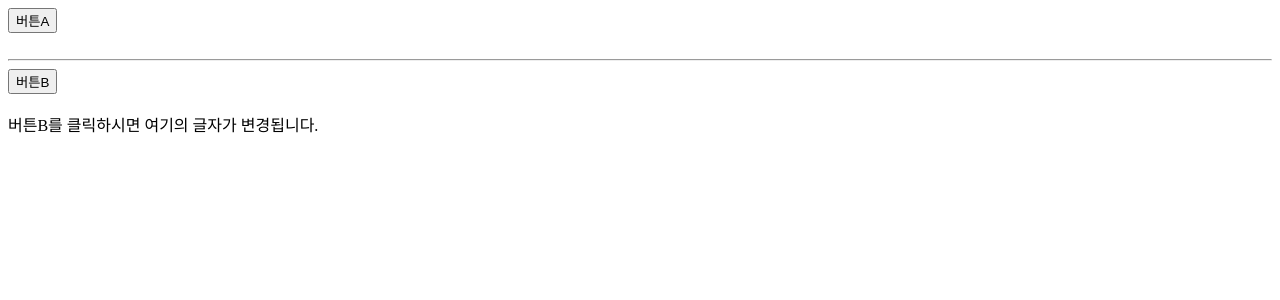
Repository: l3asic/TeamC
Page: 09.jQuery/WebContent/jq03.html
These files come from the project's save history. The page is drawn as it stood at one moment and after the next save; the edit follows.
The browser window is 1280 px wide. The pictures show the whole page.
After loading, the first visible `#btn1` was clicked once.

Above is the page before, as saved 2021-12-08 06:39:53.

After the next save:
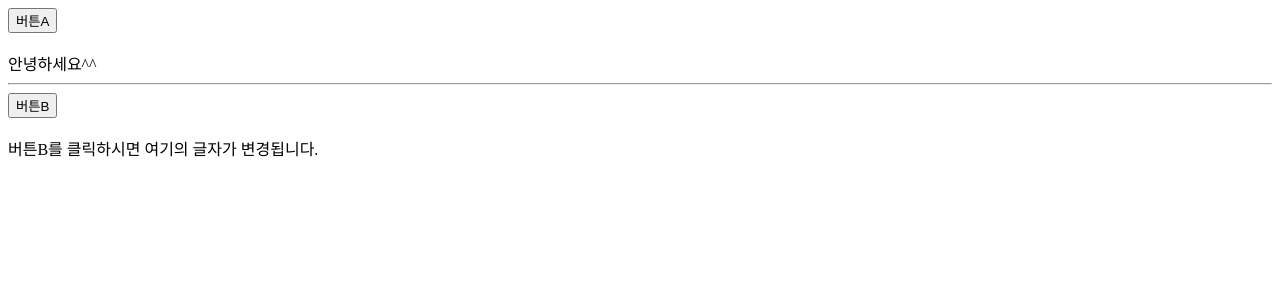
Saved 49 s later.
--- a/09.jQuery/WebContent/jq03.html
+++ b/09.jQuery/WebContent/jq03.html
@@ -10,7 +10,7 @@
 $(document).ready(function(){
 	$("#btn1").on("click", function(){
 		$("#display1").empty();
-
+		$("#display1").append("안녕하세요^^");
 	});	//on()
 });	//ready()
 </script>
